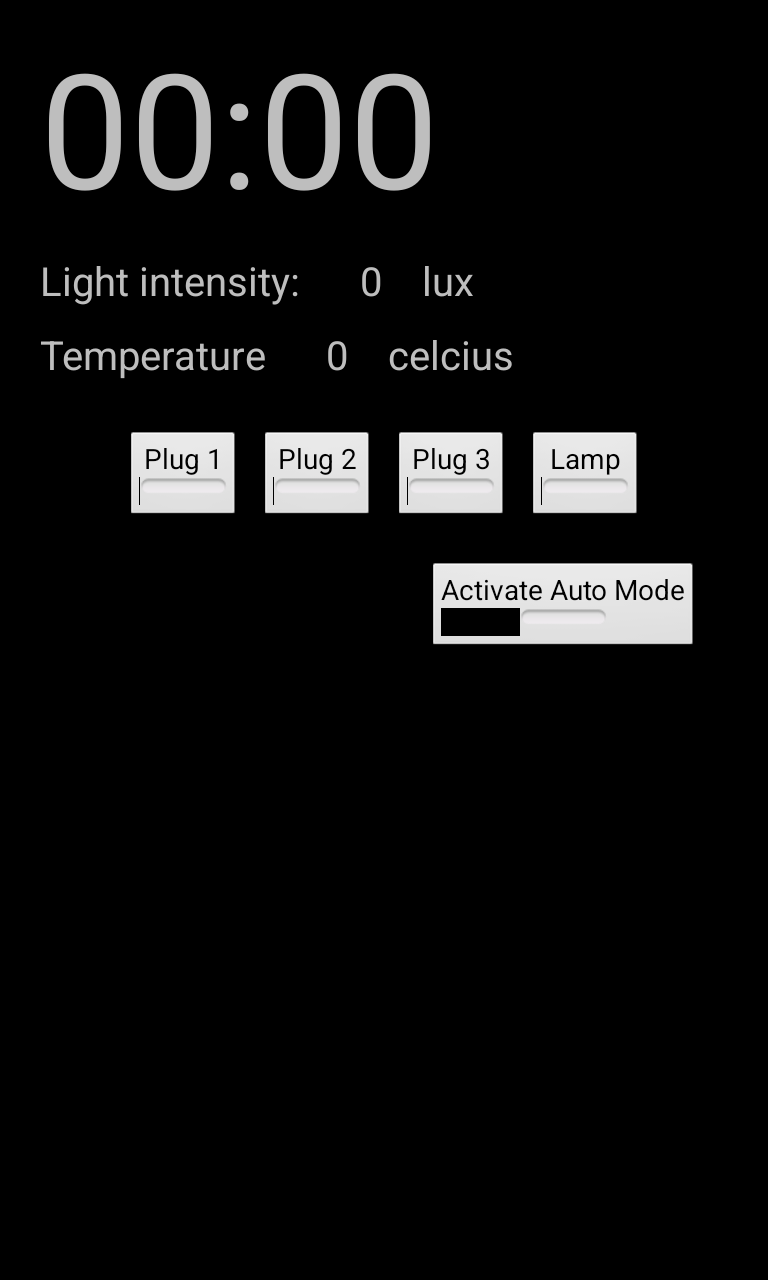
Repository: deanzaka/Shroom-Smart-Terminal
Layout: IOIOShroomST/res/layout/main.xml
An editor plug-in stored every save of this project. The layout is shown before and after the next save, followed by the edit.
It is drawn on a 768 x 1280 px phone screen (xhdpi) without system bars, with theme android:Theme; the app's code is not run.

Above is the layout before, as saved 2014-11-16 16:40:43.

After the next save:
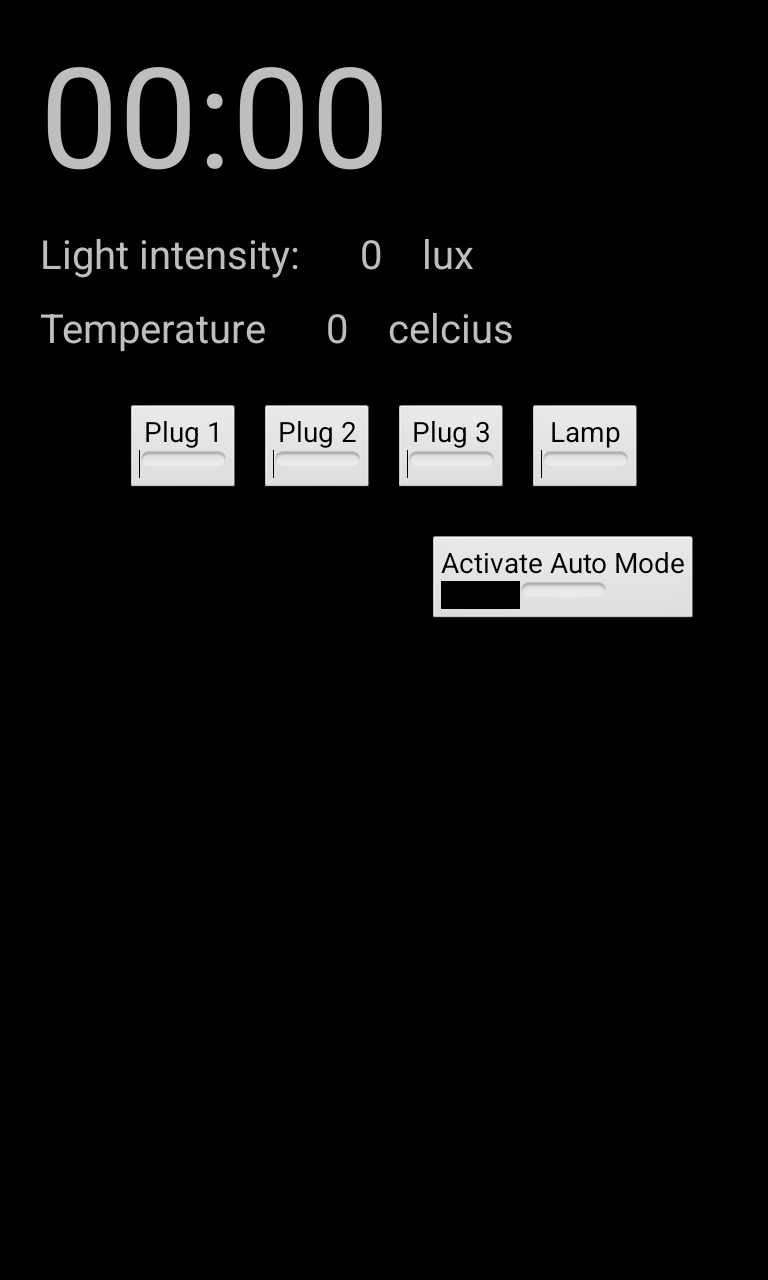
Saved 6 s later.
--- a/IOIOShroomST/res/layout/main.xml
+++ b/IOIOShroomST/res/layout/main.xml
@@ -17,7 +17,7 @@
 		    android:layout_height="wrap_content"
 		    android:paddingLeft="20dp"
 		    android:text="00:00"
-		    android:textSize="80sp" />
+		    android:textSize="70sp" />
 
 	</RelativeLayout>
 
